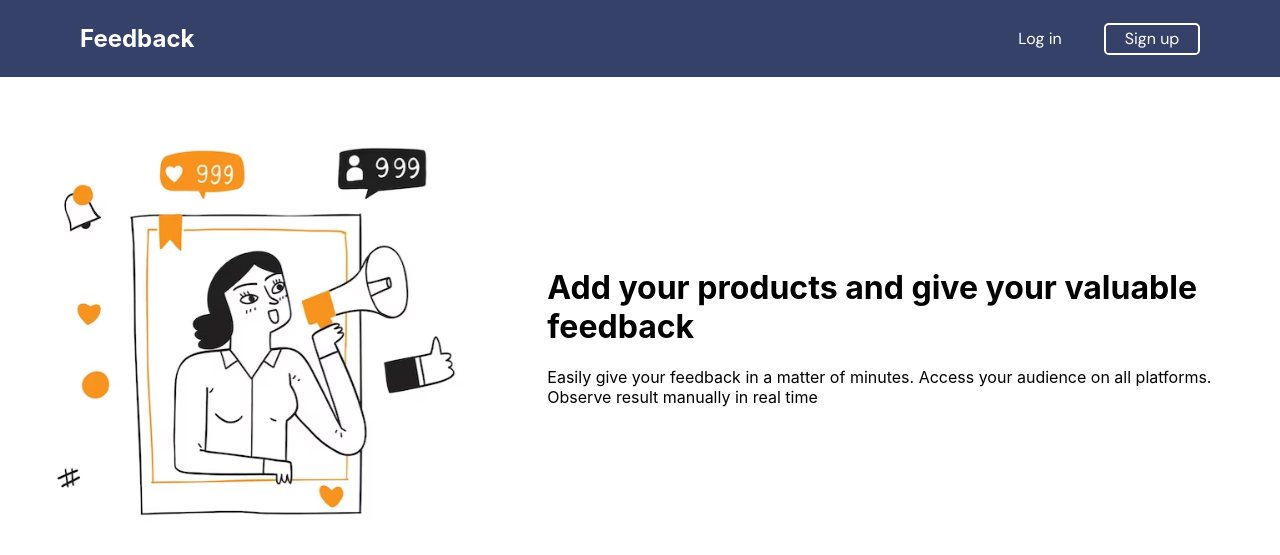
Repository: drumsmanku/final-evaluation-test
Page: / (app in client/)
An editor plug-in stored every save of this project. The page is shown before and after the next save, followed by the edit.
The browser window is 1280 px wide. The pictures show the whole page.
The project was rebuilt for these pictures with package versions that can differ from the ones it lists, and the page was loaded fresh each time. Also part of the build but not shown: client/src/App.css.

Above is the page before, as saved 2023-07-27 22:01:34.

### client/src/App.js
import './App.css';
import { BrowserRouter as Router, Route, Routes} from 'react-router-dom';
import MainPage from './Components/MainPage';
function App() {
  return (
    <div className="App">
      <Router>
        <Routes>
          <Route path='/' element={<MainPage/>}/>


        </Routes>
      </Router>
    </div>
  );
}

export default App;

### client/src/Components/MainPage.js
import React, {useState, useEffect} from 'react';
import '../CSS/MainPage.css';
import profile from'../Assets/profilepic.webp';
import img1 from '../Assets/frontphoto.png'

function MainPage() {
  const [isLoggedIn, setIsLoggedIn]=useState(false);
  useEffect(()=>{
    const User=localStorage.getItem('user');
    if(User){
      setIsLoggedIn(true);
    }

  });
  const handleLogout=()=>{
    localStorage.removeItem('user');
    setIsLoggedIn(false);
  }


  return (
    <div className='main-container'>
      <div className="main-top-container">
        <div className='navbar' >
          <div style={{display:'flex',width:'100%', justifyContent:' space-between', alignItems:'center',}}>
          <h3 style={{marginLeft:'5rem', color:'white', fontSize:'1.5rem'}}>Feedback</h3>
          <div style={{display:'flex', marginRight:'5rem'}}>
              {isLoggedIn ? (
                <>
                  <button style={{background:'none', fontSize:'large', border:'none', fontFamily:'DM Sans', color:'white'}} onClick={handleLogout}>Logout</button>
                  <span style={{color:'white', fontFamily:'DM Sans', fontSize:'large', display:'flex', alignItems:'center', marginLeft:'1rem'}}>Hello!</span>
                  <img src={profile} alt="" height={50} width={50} style={{borderRadius:'100%', marginLeft:'1rem'}} />
                </>
              ) : (
                <>
                  <button className='btn-main-page-login' type='submit'  >Log in</button>
                  <button type='submit'  className='btn-main-page-register' >Sign up</button>
                </>
              )}
            </div>
          </div>
        </div>
        <div className="title-desc">
          <img src={img1} alt="" height={500}/>
          <div style={{display:'flex', flexDirection:'column', marginLeft:'4rem'}}>
              <h1> Add your products and give your valuable feedback</h1>
              <span>Easily give your feedback in a matter of minutes. Access your audience on all platforms. Observe result manually in real time</span>
          </div>
        </div>
      </div>
      <div className="main-bottom-container"></div>
    </div>
  )
}

export default MainPage

### client/src/CSS/MainPage.css
@import url('https://fonts.googleapis.com/css2?family=DM+Sans&display=swap');

.main-container{
  height: 100vh;
  width: 100vw;
  display: flex;
  flex-direction: column;

}
.main-top-container{
  width: 100%;
}
.btn-main-page-login{
  height: 2rem;
  width: 6rem;
  font-weight: 500;
  font-size: medium ;
  background: none;
  border: none;
  border-radius: 0.3rem;
  margin-left: 1rem;
  margin-bottom:0;
  color: white;
  font-family: 'DM Sans';
  cursor: pointer;
}
.btn-main-page-register{
  height: 2rem;
  width: 6rem;
  font-size: medium;
  font-weight: 500;
  background-color: #36416A;
  border: 2px solid white;
  border-radius: 0.3rem;
  margin-left: 1rem;
  margin-bottom:0;
  color: white;
  font-family: 'DM Sans';
  cursor: pointer;
}
.navbar{
  width: 100%;
  background-color: #36416A;
}
.title-desc{
  width: 100%;
  display: flex;
  align-items: center;
}

Loaded but not shown: client/public/index.html (common file); client/src/index.js (common file); client/src/index.css (common file)

After the next save:
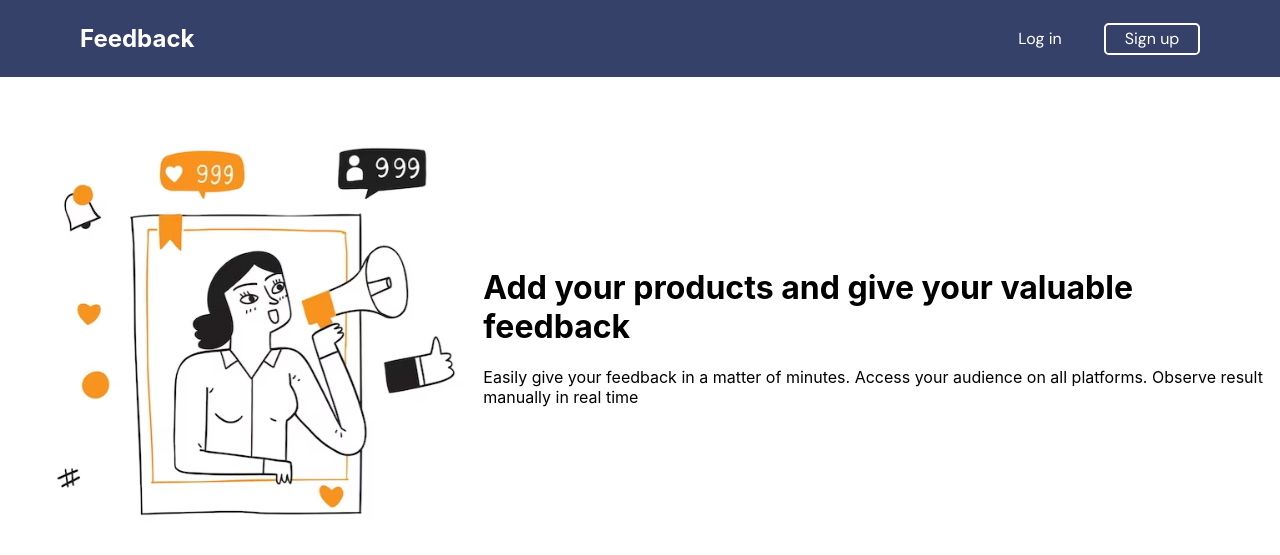
Saved 20 s later.
--- a/client/src/Components/MainPage.js
+++ b/client/src/Components/MainPage.js
@@ -42,7 +42,7 @@ function MainPage() {
         </div>
         <div className="title-desc">
           <img src={img1} alt="" height={500}/>
-          <div style={{display:'flex', flexDirection:'column', marginLeft:'4rem'}}>
+          <div style={{display:'flex', flexDirection:'column', }}>
               <h1> Add your products and give your valuable feedback</h1>
               <span>Easily give your feedback in a matter of minutes. Access your audience on all platforms. Observe result manually in real time</span>
           </div>
